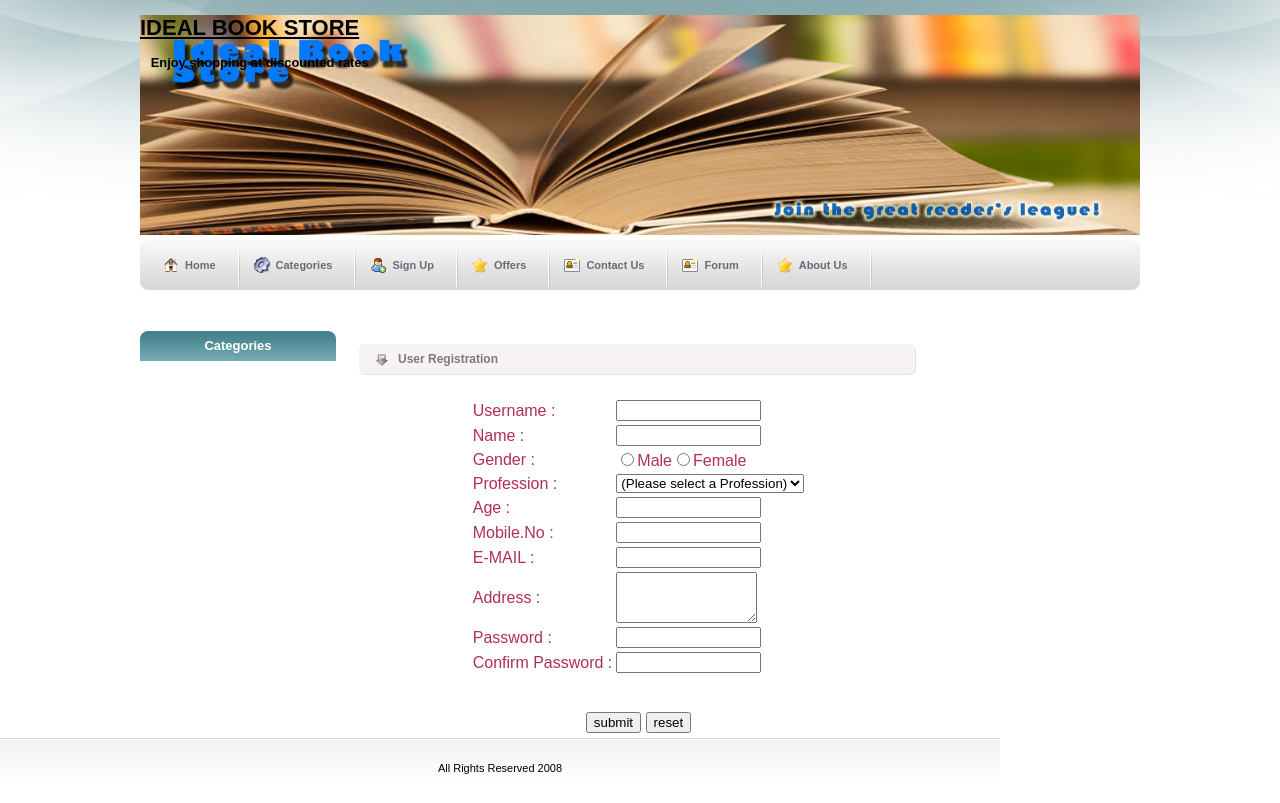
Repository: tusharjain887/Online-Book-Sales
Page: http://localhost/OnlineBook/registration.jsp
These files come from the project's save history. The page is drawn as it stood at one moment and after the next save; the edit follows.
The browser window is 1280 px wide. The pictures show the whole page.
The page is served by Tomcat 9. Queries for data that is not in the repository find no rows.

Above is the page before, as saved 2013-04-09 11:28:32.

### PROJECT/workspace/workspace/OnlineBook/WebContent/registration.jsp
<%@ page import="java.sql.*"%>
<%@ page import="java.io.*"%>
<%@ page import="java.util.*"%>
<%@ page import="java.lang.*"%>

<!DOCTYPE html PUBLIC "-//W3C//DTD XHTML 1.0 Transitional//EN" "http://www.w3.org/TR/xhtml1/DTD/xhtml1-transitional.dtd">
<html xmlns="http://www.w3.org/1999/xhtml">
<head>
<title>Sign Up</title>
<meta http-equiv="Content-Type" content="text/html; charset=windows-1252" />
<link rel="stylesheet" type="text/css" href="style.css" />
<!--[if IE 6]>
<link rel="stylesheet" type="text/css" href="iecss.css" />
<![endif]-->
<script type="text/javascript" src="js/boxOver.js"></script>

<script type="text/javascript">
function formValidation()
{
var username = document.myForm.username;
var name = document.myForm.name;
var age = document.myForm.age;
var phone1 = document.myForm.phone1;
var email = document.myForm.email;
var address = document.myForm.address;
var pwd = document.myForm.pwd;
var pwd1 = document.myForm.pwd1;

//username
var uid_len = username.value.length;
var alphanum = /^[0-9a-zA-Z]+$/;
if (uid_len == 0)
{
alert('Username should not be empty.');
username.focus();
return false;
}
else if ((!username.value.match(alphanum)))
{
alert('Username must have alphanumeric characters only.');
username.focus();
return false;
}

//Name
var letters = /^[A-Za-z]+$/;
if(name.value.length==0)
{
	alert('Name should not be empty');
	name.focus();
	return false;
}
else if(!name.value.match(letters))
{
	alert('Name must have alphabet characters only');
	name.focus();
	return false;
}


if ( ( myForm.gender[0].checked == false ) && ( myForm.gender[1].checked == false ))
{
alert('Please select your gender!');
return false;
}

if(document.myForm.pro.selectedIndex==0)
{
alert("Please select your profession!");
document.myForm.pro.focus();
return false;
}

var numbers = /^[0-9]+$/;
if(age.value.length==0)
{
	alert('Please enter your age!');
	age.focus();
	return false;
}
else if(!age.value.match(numbers))
{
	alert('Age must have numeric characters only.');
	age.focus();
	return false;
}
else if(age.value.length>2)
{
	alert('Age must be less than 100');
	age.focus();
	return false;
}

if(phone1.value.length==0)
{
	alert('Please enter your Mobile number!');
	phone1.focus();
	return false;
}
else if(!phone1.value.match(numbers))
{
	alert('Mobile number must have numeric characters only.');
	phone1.focus();
	return false;
}
else if(!(phone1.value.length==10))
{
	alert('Mobile number must be equal to 10');
    phone1.focus();
	return false;
}

var mailformat = /^\w+([\.-]?\w+)*@\w+([\.-]?\w+)*(\.\w{2,3})+$/;
if(email.value.length==0)
	{
	alert("Please enter your email addres!");
	email.focus();
	return false;
	}
else if(!email.value.match(mailformat))
    {
	alert("You have entered an invalid email address!");
	email.focus();
	return false;
}


if(address.value.length==0)
{
	alert('Please enter your address!');
	age.focus();
	return false;
}


var pwd_len = pwd.value.length;
if (pwd_len == 0)
{
alert("Please enter your password!");
pwd.focus();
return false;
}
else if( pwd_len > 15 || pwd_len < 5)
{
	alert("Password should be between 5 to 15");
	pwd.focus();
	return false;
}

pwd_len = pwd1.value.length;
if (pwd_len == 0)
{
alert("Please confirm your password");
pwd1.focus();
return false;
}
else if( pwd_len > 15 || pwd_len < 5)
{
	alert("Password should be between 5 to 15");
	pwd1.focus();
	return false;
}

if(pwd.value!=pwd1.value)
{
alert("Password mismatch");
pwd.focus();
return false;
}



return true;
}
</script>
</head>
<body>
<div id="main_container">

  <div id="header">
	<div class="leftcontent"><h1><u>IDEAL BOOK STORE</u></h1></div>
    <div class="leftdowncontent"><h3>&nbsp&nbsp&nbspEnjoy shopping at discounted rates</h3></div>

  </div>

  <div id="main_content">
    <div id="menu_tab">
      <div class="left_menu_corner"></div>
      <ul class="menu">
        <li><a href="index.jsp" class="nav1"> Home</a></li>
        <li class="divider"></li>
        <li><a href="categories.jsp" class="nav2">Categories</a></li>
        <li class="divider"></li>
        <li><a href="registration.jsp" class="nav4">Sign Up</a></li>
        <li class="divider"></li>
        <li><a href="news.jsp" class="nav3">Offers</a></li>
        <li class="divider"></li>
        <li><a href="contact.jsp" class="nav6">Contact Us</a></li>
        <li class="divider"></li>
        <li><a href="forum.jsp" class="nav6">Forum</a></li>
        <li class="divider"></li>
        <li><a href="aboutus.jsp" class="nav3">About Us</a></li>
        <li class="divider"></li>

      </ul>
      <div class="right_menu_corner"></div>
    </div>
    <!-- end of menu tab -->
</br></br></br>
    <div class="left_content">
         <div class="title_box">Categories</div>
      <ul class="left_menu">
      <%
      try{
    	  Class.forName("com.ibm.db2.jcc.DB2Driver").newInstance();
	Connection Conn8=DriverManager.getConnection("jdbc:db2://localhost:50000/BOOKS","Rakesh","Rakesh");
	PreparedStatement ps8=Conn8.prepareStatement("SELECT CAT_ID,CAT_NAME FROM CATEGORY");
	ResultSet rs8=ps8.executeQuery();
	while(rs8.next())
    {
		String name=rs8.getString(2);
 	%>
        <li class="even"><%out.println("<a href='viewcategory.jsp?cat_id="+rs8.getString(1)+"'>"+name+"</a>");%></li>
        <%
        }
        %>
      </ul>
      <%
      PreparedStatement ps9=Conn8.prepareStatement("SELECT IMAGEURL FROM ADVERTISEMENT ORDER BY AD_ID DESC LIMIT 0,3");
	ResultSet rs9=ps9.executeQuery();
	while(rs9.next())
    {
		%>
      <div class="banner_adds"><br><br><br> <%out.println("<img src='C:/Uploaded Images/"+rs9.getString(1)+"'></img>");%> </div>
      <%
      }
	ps8.close();
	ps9.close();
	Conn8.close();
      }
      catch(Exception e)
      {

      }
      %>
    </div>

    <!-- end of left content -->
     <br>
    </div>
    <!-- end of left content -->
    <div class="center_content">
      <div class="center_title_bar">User Registration</div>
      <div style="font-size:16px;color:#B13052;">
      <form name="myForm" action="registration1.jsp" method="post" onsubmit="return formValidation()">
      <center>
<table>
<br><br>

<h3>
<tr>
<td style="margin-bottom: 5px;">Username        : </td>
<td style="margin-bottom: 5px;"><input type=text name="username" size=15></td>
</tr>
<tr>
<td style="margin-bottom: 5px;">Name         : </td>
<td style="margin-bottom: 5px;"><input type=text name="name" size=15></td>
</tr>
<tr>
<td style="margin-bottom: 5px;">Gender               :</td>
<td style="margin-bottom: 5px;"><input type="radio" name="gender" value="male" /><span>Male</span><input type="radio" name="gender" value="female" /><span>Female</span></td>
</tr>
<tr>
<td style="margin-bottom: 5px;">Profession        : </td>
<td style="margin-bottom: 5px;"><select name="pro">
<option selected="" value="Default">(Please select a Profession)</option>
<option value=Student>Student</option>
<option value=Business>Business</option>
<option value=Govt. Employee>Govt.Employ</option>
<option value=Pvt.Employee>Pvt.Employ</option>
</select></td>
</tr>
<tr>
<td style="margin-bottom: 5px;">Age               :</td>
<td style="margin-bottom: 5px;"><input type=text name="age"size=15></td>
</tr>
<tr>
<td style="margin-bottom: 5px;">Mobile.No         :</td>
<td style="margin-bottom: 5px;"><input type=text name="phone1" size=15></td>
</tr>
<tr>
<td style="margin-bottom: 5px;">E-MAIL            :</td>
<td style="margin-bottom: 5px;"><input type=text name="email" size=15></td>
</tr>
<tr>
<td style="margin-bottom: 5px;">Address          : </td>
<td style="margin-bottom: 5px;"><textarea rows=3 cols=15 name="address" size=15></textarea></td>
</tr>
<tr>
<td style="margin-bottom: 5px;">Password          : </td>
<td style="margin-bottom: 5px;"><input type=password name="pwd" size=15></td>
</tr>
<tr>
<td style="margin-bottom: 5px;">Confirm Password  : </td>
<td style="margin-bottom: 5px;"><input type=password name="pwd1" size=15></td>
</tr></h3>
</table>
<br><br>


<input type=submit value="submit">
<input type=reset value="reset">
</center>
</form>
</div>
    </div>
    <!-- end of center content -->
    <div class="right_content">
     <br><br><br>
    </div>
    <!-- end of right content -->
  </div>
  <!-- end of main content -->
  </br></br>
  <div class="footer">
    <br><br>
    <center> All Rights Reserved 2008</center>
      </div>

<!-- end of main_container -->
</body>
</html>

### PROJECT/workspace/workspace/OnlineBook/WebContent/style.css
body
{
background:url(images/bg.jpg) no-repeat #fff center top;
padding:0;
font-family:Arial, Helvetica, sans-serif;
font-size:11px;
margin:0px auto auto auto;
color:#000;
}
p{
padding:2px;
margin:0px;
}
#main_container{
width:1000px;
height:auto;
margin:auto;
padding:0px;
}
.top_bar{
width:1000px;
height:38px;
background-color:#4a4a4a;
}
.top_search{
width:370px;
height:32px;
margin:0px 20px 0 0;
_margin:0px 10px 0 0;
float:right;
background:url(images/top_search_bg.gif) no-repeat center;
}
input.search_input{
width:182px;
height:18px;
float:left;
margin:5px 0 0 0 ;
border:1px solid #dbdbdb;
border-bottom-color:#ffffff;
border-right-color:#ffffff;
}
.search_text{
float:left;
width:110px;
padding:8px 0 0 15px;
color:#999999;
}
.search_text a{
text-decoration:none;
color:#999999;
}
.search_bt{
float:left;
padding:2px 0 0 15px;
}
.languages{
float:right;
width:150px;
padding:8px 0 0 0;
}
.lang_text{
float:left;
padding:0 5px 0 0;
color:#b3adad;
}
a.lang{
display:block;
float:left;
padding:0 5px 0 5px;
}
#header{
width:1000px;
height:220px;
background:url(images/book4.jpg) no-repeat center;
background-position:0px 0px;
background-size:1000px 220px;
margin=0;
}
.logout{
	float:right;
	font-size:14px;
	color: green;
	font-weight: bold;
}
.logout a,.logout a:hover {
	color: B13052;
}

}
#logo{
padding:15px;
}
#templatemo_header {
	clear: both;
	width: 1000px;
	height: 200px;
	padding: 0;
	margin: 0;
	background: url(images/templatemo_header_bg.jpg) no-repeat;
}

#templatemo_header a,a:hover {
	color: #000;
}

#templatemo_header #templatemo_special_offers {
	float: left;
	font-size: 14px;
	margin-top: 95px;
	margin-left: 490px;
	width: 180px;
}

#templatemo_special_offers a {
	font-size: 12px;
}

#templatemo_special_offers  p {
	margin: 0 0 20px 0;
}
#templatemo_special_offers p span {
	font-size: 18px;
}

#templatemo_header #templatemo_new_books {
	float: left;
	margin-top: 90px;
	margin-left: 55px;
	width: 180px;
}

#templatemo_new_books ul {
	 margin: 0 0 10px 0;
	 padding: 0 0 0 20px;
}

#templatemo_new_books li {
	 margin: 0;
	 padding: 0;
}

/*------------------------------oferte_content-----------------------*/
.oferte_content{
width:600px;
height:264px;
float:left;
padding:0 0 0 50px;
}
.top_divider{
float:left;
width:1px;
height:164px;
}
.oferta{
width:538px;
float:left;
padding:15px 30px 0 30px;
}
.oferta_img{
float:left;
padding:0 0 10px 0;
}
.oferta_title{
font-size:15px;
color:#b72c24;
font-weight:bold;
}
.oferta_details{
width:400px;
float:left;
padding:0 0 0 30px;
}
.oferta_text{
padding:5px 0 5px 0;
font-size:12px;
color:#FFFFFF;
text-align:justify;
line-height:15px;
}
a.details{
width:83px;
height:21px;
display:block;
float:right;
margin:5px 0 0 0;
padding-left:5px;
background:url(images/details_bt_bg.gif) no-repeat center;
text-align:center;
line-height:21px;
text-decoration:none;
color:#000000;
}
/*---------------------oferta_pagination-----------------------------*/

div.oferta_pagination {
clear:both;
padding:10px 0 0 0;
_padding:0px 0 0 0;
margin:5px;
text-align:center;
float:left;
font-size:10px;
}

div.oferta_pagination a {
width:22px;
height:22px;
display:block;
float:left;
margin:0 0 0 5px;
_margin:0 0 0 3px;
line-height:23px;
text-align:center;
background:url(images/pag_bg.gif) no-repeat center;
text-decoration:none;
color:#9d8b8b;
}
div.oferta_pagination a:hover, div.pagination a:active {
width:22px;
height:22px;
display:block;
float:left;
line-height:23px;
text-align:center;
background:url(images/pag_bg_a.gif) no-repeat center;
text-decoration:none;
color:#ad1614;
}
div.oferta_pagination span.current {
width:22px;
height:22px;
display:block;
float:left;
line-height:23px;
text-align:center;
background:url(images/pag_bg_a.gif) no-repeat center;
text-decoration:none;
color:#ad1614;
}
#main_content{
clear:both;
}
/*---------------- menu tab----------------------*/
#menu_tab{
width:1000px;
height:50px;
background-color:#fff;
margin-top:5px;
}
.left_menu_corner{
width:9px;
height:50px;
float:left;
background:url(images/menu_left.gif) no-repeat center;
}
.right_menu_corner{
width:9px;
height:50px;
float:left;
background:url(images/menu_right.gif) no-repeat center;
}
ul.menu {
list-style-type:none; float:left; display:block; width:982px;
margin:0px; padding:0px;background:url(images/menu_bg.gif) repeat-x;}

ul.menu li {
display:inline;
font-size:11px;
font-weight:bold;
line-height:50px;
}
ul.menu li.divider {
display:inline;
width:2px;
height:50px;
float:left;
background:url(images/menu_divider.gif) no-repeat center;
}

a.nav1:link, a.nav1:visited {
display:block; float:left; padding:0px 8px 0px 22px; margin:0 14px 0 14px;height:50px;text-decoration:none; background:url(images/home.png) no-repeat left; color:#676d77;}
a.nav2:link, a.nav2:visited {
display:block; float:left; padding:0px 8px 0px 22px; margin:0 14px 0 14px;height:50px;text-decoration:none; background:url(images/services.png) no-repeat left; color:#676d77;}
a.nav3:link, a.nav3:visited {
display:block; float:left; padding:0px 8px 0px 22px; margin:0 14px 0 14px;height:50px;text-decoration:none; background:url(images/favs.png) no-repeat left; color:#676d77;}
a.nav4:link, a.nav4:visited {
display:block; float:left; padding:0px 8px 0px 22px; margin:0 14px 0 14px;height:50px;text-decoration:none; background:url(images/user_add.png) no-repeat left; color:#676d77;}
a.nav5:link, a.nav5:visited {
display:block; float:left; padding:0px 8px 0px 22px; margin:0 14px 0 14px;height:50px;text-decoration:none; background:url(images/car.png) no-repeat left; color:#676d77;}
a.nav6:link, a.nav6:visited {
display:block; float:left; padding:0px 8px 0px 22px; margin:0 14px 0 14px;height:50px;text-decoration:none; background:url(images/contact-new.png) no-repeat left; color:#676d77;}

a.nav1:hover, a.nav2:hover, a.nav3:hover, a.nav4:hover, a.nav5:hover, a.nav6:hover {
color:#333333;}


li.currencies{
width:180px;
float:left;
padding:0 0 0 15px;
_padding:12px 0 0 15px;
color:#676d77;
font-size:11px;
font-weight:bold;
}
/*----------------crumb_navigation-------------*/
.crumb_navigation{
width:980px;
height:15px;
padding:5px 10px 0 20px;
color:#333333;
background:url(images/navbullet.png) no-repeat left;
background-position:5px 6px;
}
.crumb_navigation a{
color:#0fa0dd;
text-decoration:underline;
}
span.current{
color:#0fa0dd;
}

/*-------------left_content------------------*/
.left_content{
width:196px;
float:left;
}
.title_box{
width:196px;
height:30px;
margin:5px 0 0 0;
background:url(images/menu_title_bg.gif) no-repeat center;
text-align:center;
font-size:13px;
font-weight:bold;
color:#fff;
line-height:30px;
}
/*--------left menu---------*/
ul.left_menu{
width:196px;
padding:0px;
margin:0px;
list-style:none;
}
ul.left_menu li{
margin:0px;
list-style:none;
}
ul.left_menu li.odd a{
width:166px;height:25px;display:block;background:url(images/checked.png) no-repeat left #dad0d0; background-position:5px 5px;border-bottom:1px #FFFFFF solid;
text-decoration:none;color:#504b4b;padding:0 0 0 30px; line-height:25px;
}
ul.left_menu li.even a{
width:166px;height:25px;display:block;background:url(images/checked.png) no-repeat left #eee6e6;background-position:5px 5px;border-bottom:1px #FFFFFF solid;
text-decoration:none;color:#504b4b;padding:0 0 0 30px; line-height:25px;
}
ul.left_menu li.even a:hover, ul.left_menu li.odd a:hover{
background:url(images/checked.png) no-repeat left #7bbcc7; color:#FFFFFF;background-position:5px 5px;
}

.border_box{
width:194px;
height:auto;
text-align:center;
border:1px #6da6b1 solid;
}
.product_title{
color:#ea2222;
padding:5px 0 5px 0;
font-weight:bold;
}
.product_title a{
text-decoration:none;
color:#ea2222;
padding:5px 0 5px 0;
font-weight:bold;
}
.product_title a:hover{
color:#064E5A;
}
.product_img{
padding:5px 0 5px 0;
}
.prod_price{
padding:5px 0 5px 0;
}
span.reduce{
color:#ea2222;
text-decoration:line-through;
}
span.price{
color:#ea2222;
}
/*----------newsletter--------------*/
input.newsletter_input{
width:160px;
height:16px;
border:1px #ddd9d9 solid;
margin:10px 0 5px 0;
font-size:12px;
padding:3px;
color:#999999;
}
a.join{
width:17px;
display:block;
margin:5px 0 5px 140px;
_margin:5px 0 5px 130px;
background:url(images/blue-add.png) no-repeat left;
padding:0 0 0 20px;
text-decoration:none;
color:#1c4a52;
}
.banner_adds{
width:194px;
text-align:center;
padding:10px 0 10px 0;
}

/*center content--------------------------*/
.center_content{
width:585px;
float:left;
padding:5px 10px;
}
.center_title_bar{
width:520px;
height:33px;
float:left;
padding:0 0 0 40px;
margin:0 0 0 12px;
_margin:0 0 0 6px;
line-height:33px;
font-size:12px;
color:#847676;
font-weight:bold;
background:url(images/bar_bg.gif) no-repeat center;
}

/*----------------------right content--------------*/
.right_content{
width:196px;
float:left;
padding:5px 0 0 0;
}
.shopping_cart{
width:195px;
height:84px;
text-align:center;
background:url(images/cart_bg.gif) no-repeat center;
}
.cart_title{
font-size:12px;
font-size:12px;
color:#847676;
font-weight:bold;
padding:8px 0 0 0;
}
.cart_details{
width:115px;
float:left;
padding:5px 0 0 15px;
text-align:left;
}
.cart_icon{
float:left;
padding:5px 0 0 5px;
}
span.border_cart{
width:100px;
height:1px;
margin:3px 0 3px 0;
display:block;
border-top:1px #999999 dashed;
}
/*---------prod_box----------*/
.prod_box{
width:173px;
height:auto;
float:left;
padding:10px 10px 10px 11px;
}
.top_prod_box{
width:173px;height:12px;background:url(images/product_box_top.gif) no-repeat center bottom;float:left; padding:0px; margin:0px;
}
.bottom_prod_box{
width:173px;height:10px;background:url(images/product_box_bottom.gif) no-repeat center top;float:left;padding:0px; margin:0px;
}
.center_prod_box{
width:173px;height: auto;background:url(images/product_box_center.gif) repeat-y;float:left; text-align:center;padding:0px; margin:0px;
}
.prod_details_tab{
width:173px;
height:31px;
float:left;
background:url(images/products_details_bg.gif) no-repeat center;
margin:3px 0 0 0;
}
img.left_bt{
float:left;
padding:6px 0 0 6px;
}
a.prod_details{
width:25px;
display:block;
float:left;
background:url(images/square-blue-add.gif) no-repeat left;
padding:0 0 0 20px;
margin:7px 0 0 38px;
_margin:6px 0 0 35px;
text-decoration:none;
color:#0fa0dd;
}
/*---------prod_box_big----------*/
.prod_box_big{
width:554px;
height:auto;
float:left;
padding:10px 10px 10px 15px;
}
.top_prod_box_big{
width:554px;height:12px;background:url(images/details_box_top.gif) no-repeat center bottom;float:left; padding:0px; margin:0px;
}
.bottom_prod_box_big{
width:554px;height:12px;background:url(images/details_box_bottom.gif) no-repeat center top;float:left;padding:0px; margin:0px;
}
.center_prod_box_big{
width:554px;height: auto;background:url(images/details_box_center.gif) repeat-y;float:left; text-align:center;padding:0px; margin:0px;
}
.product_img_big{
width:170px;
padding:5px 0 5px 10px;
float:left;
}
.details_big_box{
width:345px;
float:left;
padding:0 0 0 15px;
text-align:left;
}
.product_title_big{
color:#ea2222;
padding:5px 0 5px 0;
font-weight:bold;
font-size:14px;
}
.specifications{
font-size:12px;
font-weight:bold;
line-height:18px;
}
.thumbs{
padding:8px 5px 8px 5px;
border:1px #DFD1D1 solid;
margin:3px 0 0 0;
}
.thumbs a{
padding:3px;
}
.prod_price_big{
padding:5px 0 5px 0;
font-size:16px;
}
span.reduce{
color:#ea2222;

}
span.price{
color:#ea2222;
}
a.addtocart{
width:76px;
height:27px;
display:block;
float:left;
background:url(images/addtocart.gif) no-repeat left;
padding:0 0 0 33px;
text-decoration:none;
line-height:27px;
color:#1c4a52;
}
a.compare{
width:76px;
height:27px;
display:block;
float:left;
margin:0 0 0 10px;
background:url(images/compare.gif) no-repeat left;
padding:0 0 0 33px;
text-decoration:none;
line-height:27px;
color:#1c4a52;
}
span.blue{
color:#5F9FAB;
}
/*---------------contact_form------------------*/
.contact_form{
width:355px;
float:left;
padding:0px 0 0 75px;
}
.form_row{
width:335px;
clear:both;
padding:10px 0 10px 0;
_padding:5px 0 5px 0;
color:#a53d17;
}
label.contact{
width:75px;
float:left;
font-size:12px;
text-align:right;
padding:4px 5px 0 0;
color: #333333;
}
input.contact_input{
width:253px;
height:18px;
background-color:#fff;
color:#999999;
border:1px #DFDFDF solid;
float:left;
}
textarea.contact_textarea{
width:253px;
height:50px;
font-family:Arial, Helvetica, sans-serif;
font-size:12px;
color: #999999;
background-color:#fff;
border:1px #DFDFDF solid;
float:left;
}
a.contact{
width:99px;
height:27px;
display:block;
float:right;
margin:0 0 0 10px;
background:url(images/contact_bt.gif) no-repeat left;
padding:0 0 0 10px;
text-decoration:none;
line-height:27px;
color:#1c4a52;
}
/*--------------footer----------------*/
.footer{
width:1000px;
clear:both;
height:65px;
background:url(images/footer_bg.gif) repeat-x top;
}
.left_footer{
float:left;
width:300px;
padding:5px 0 0 10px;
}
.right_footer{
float:right;
padding:15px 30px 0 0;
}
.right_footer a{
padding:0 0 0 7px;
text-decoration:none;
color: #666666;
}
.right_footer a:hover{
text-decoration:underline;
}

.center_footer{
float:left;
width:200px;
text-align:center;
color:#666666;
padding:10px 0 0 60px;
}

Loaded but not shown: PROJECT/workspace/workspace/OnlineBook/WebContent/js/boxOver.js (369 lines, source omitted)

After the next save:
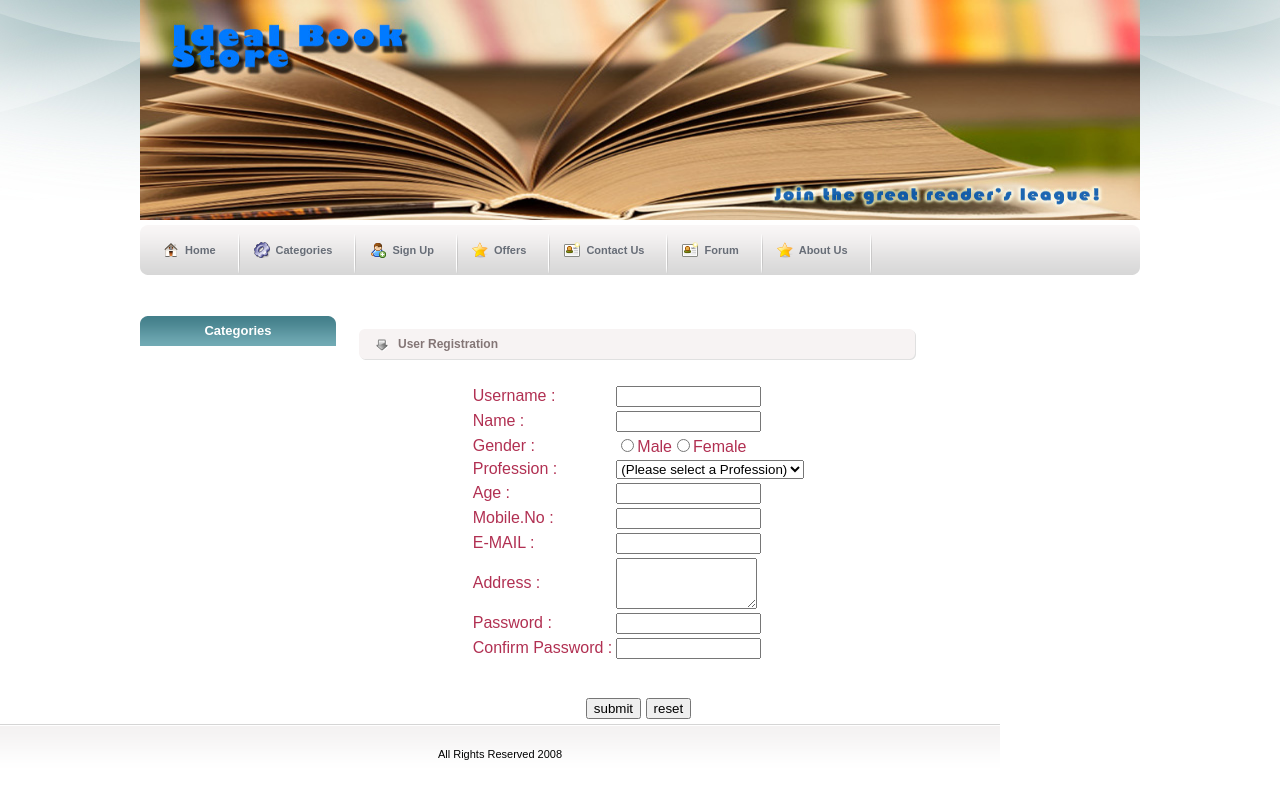
Saved 27 s later.
--- a/PROJECT/workspace/workspace/OnlineBook/WebContent/registration.jsp
+++ b/PROJECT/workspace/workspace/OnlineBook/WebContent/registration.jsp
@@ -178,8 +178,6 @@ return true;
 <div id="main_container">
 
   <div id="header">
-	<div class="leftcontent"><h1><u>IDEAL BOOK STORE</u></h1></div>
-    <div class="leftdowncontent"><h3>&nbsp&nbsp&nbspEnjoy shopping at discounted rates</h3></div>
 
   </div>
 
